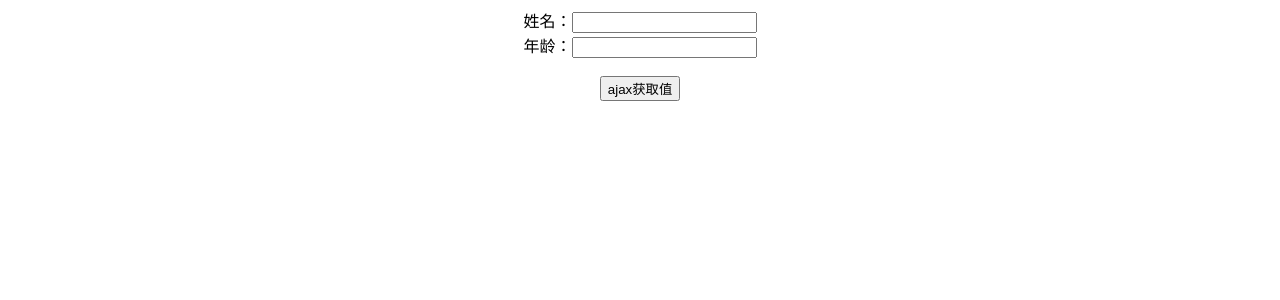
Repository: jsjchai/springmvc_study
Page: http://localhost/ajax03_json/
These files come from the project's save history. The page is drawn as it stood at one moment and after the next save; the edit follows.
The browser window is 1280 px wide. The pictures show the whole page.
The page is served by Tomcat 9.

Above is the page before, as saved 2015-04-08 07:10:30.

After the next save:
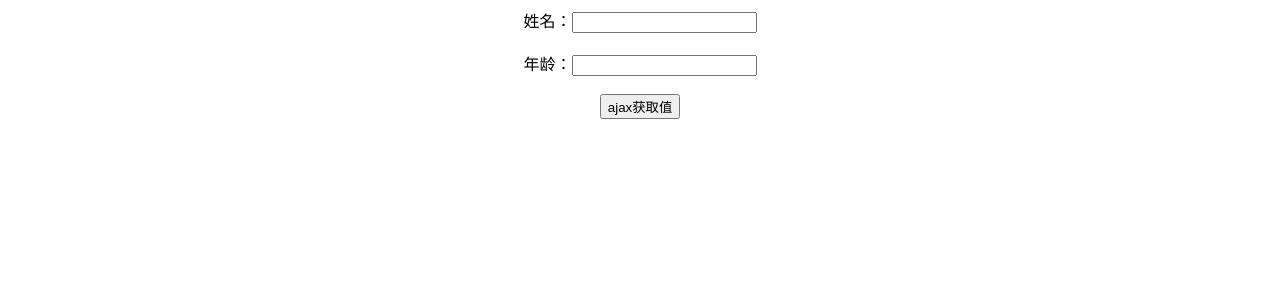
Saved 6 s later.
--- a/springmvc/Ajax&Json/ajax03_json/WebContent/index.jsp
+++ b/springmvc/Ajax&Json/ajax03_json/WebContent/index.jsp
@@ -19,7 +19,7 @@
 <body>
 	<div style="text-align: center;">
 		<div>
-			姓名：<input type="text" name="name"><br>
+			姓名：<input type="text" name="name"><br><br>
 			年龄：<input type="text" name="age"><br><br>
 			<input type="button" id="button" value="ajax获取值" onchange="getNameAndAge()">
 		</div>
